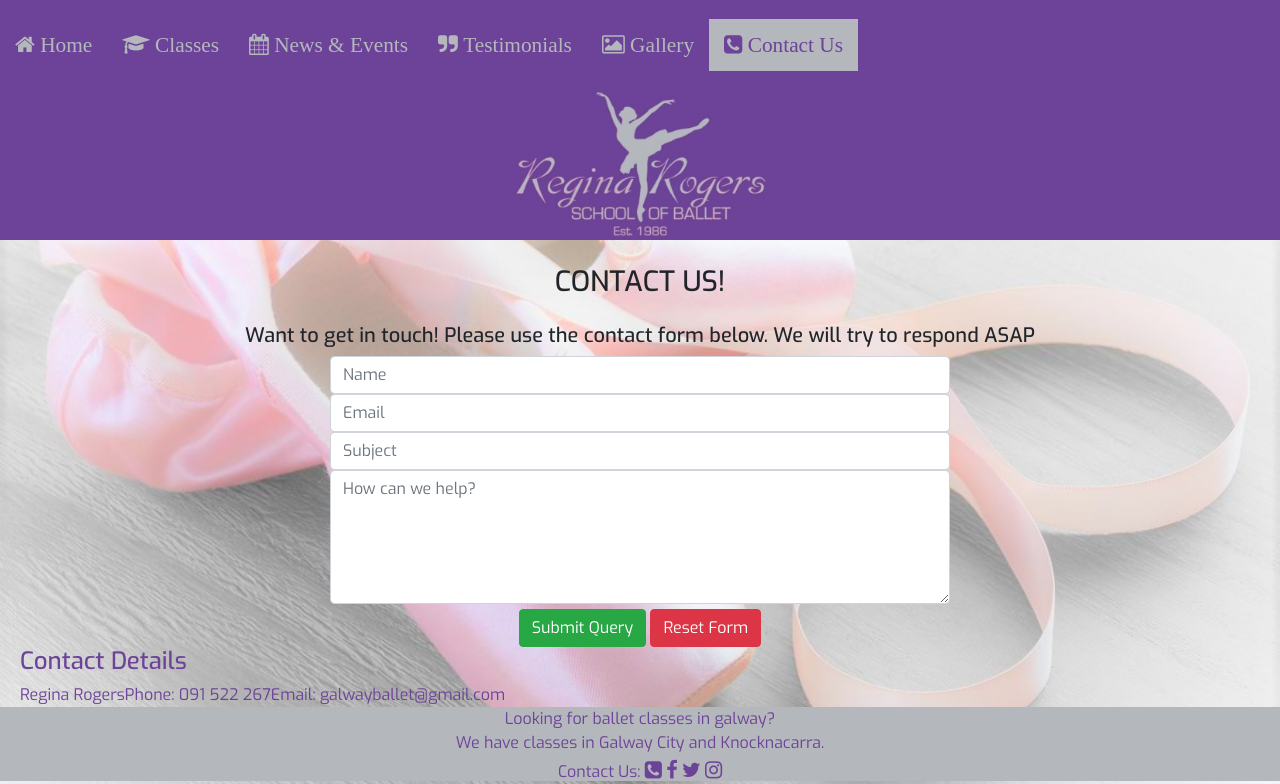
Repository: davidtmiller2010/galwayballet
Page: Contact.html
The author's editor kept a record of every edit. The page is drawn from the files as they stood at one moment, then again after the next edit.
The browser window is 1280 px wide. The pictures show the whole page.

Above is the page before.

After the next edit:
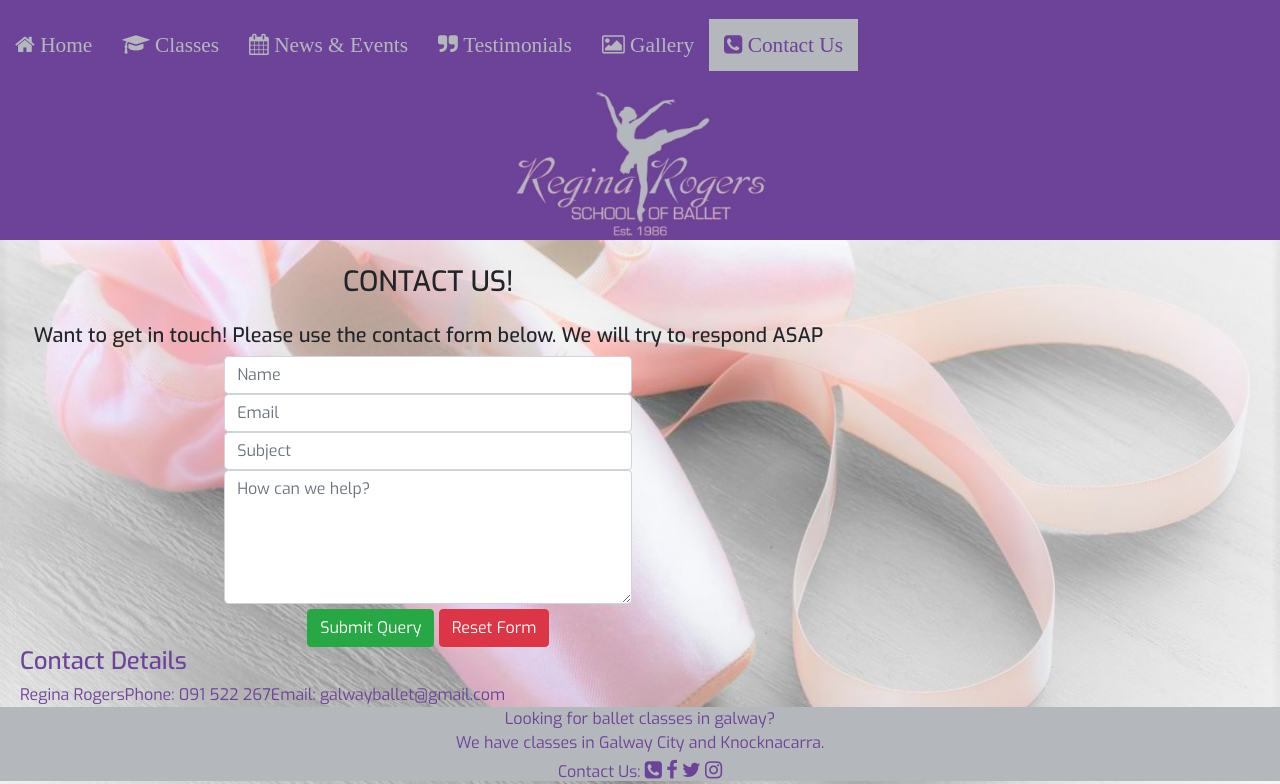
The edit:
--- a/Contact.html
+++ b/Contact.html
@@ -31,7 +31,7 @@
             <!---logo--->
         </div>
         <div class="row">
-            <div class="col ">
+            <div class="col-8 ">
                 <h3 class="contact-heading  text-center">CONTACT US!</h3>
                 <h5 class="text-center">Want to get in touch! Please use the contact form below. We will try to respond ASAP</h5>
                 <div class="center-form formbg">
